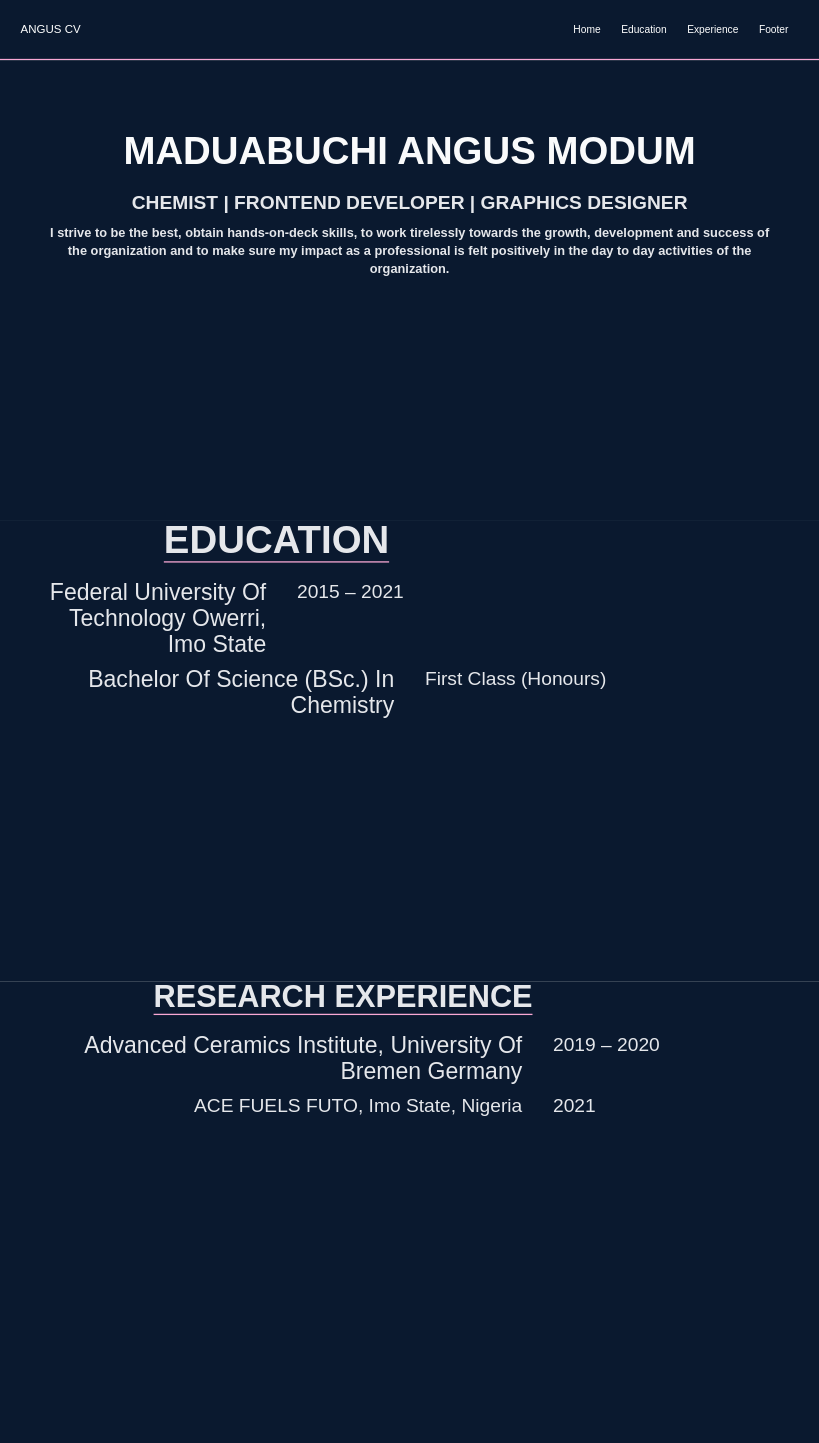
Repository: AngusOnyebuchi/AngusOnyebuchi.github.io
Page: /
These files come from the project's save history. The page is drawn as it stood at one moment and after the next save; the edit follows.
The browser window is 1280 px wide. The pictures show the whole page, at 64% of full size.
The project was rebuilt for these pictures with package versions that can differ from the ones it lists, and the page was loaded fresh each time.

Above is the page before, as saved 2022-04-17 20:21:17.

### public/index.html
<!DOCTYPE html>
<html lang="en">
  <head>
    <meta charset="utf-8" />
    <link rel="icon" href="%PUBLIC_URL%/favicon.ico" />
    <meta name="viewport" content="width=device-width, initial-scale=1" />
    <meta name="theme-color" content="#000000" />
    <meta
      name="description"
      content="Web site created using create-react-app"
    />
    <link rel="apple-touch-icon" href="%PUBLIC_URL%/logo192.png" />
    <!--
      manifest.json provides metadata used when your web app is installed on a
      user's mobile device or desktop. See https://developers.google.com/web/fundamentals/web-app-manifest/
    -->
    <link rel="manifest" href="%PUBLIC_URL%/manifest.json" />
    <!--
      Notice the use of %PUBLIC_URL% in the tags above.
      It will be replaced with the URL of the `public` folder during the build.
      Only files inside the `public` folder can be referenced from the HTML.

      Unlike "/favicon.ico" or "favicon.ico", "%PUBLIC_URL%/favicon.ico" will
      work correctly both with client-side routing and a non-root public URL.
      Learn how to configure a non-root public URL by running `npm run build`.
    -->
    <title>Angus CV </title>
  </head>
  <body>
    <noscript>You need to enable JavaScript to run this app.</noscript>
    <div id="root"></div>
    <!--
      This HTML file is a template.
      If you open it directly in the browser, you will see an empty page.

      You can add webfonts, meta tags, or analytics to this file.
      The build step will place the bundled scripts into the <body> tag.

      To begin the development, run `npm start` or `yarn start`.
      To create a production bundle, use `npm run build` or `yarn build`.
    -->
  </body>
</html>

### src/index.js
import React from "react";
import ReactDOM from "react-dom";
import "./style.css"
import App from "./App";

ReactDOM.render(<App/>, document.getElementById("root"))

### src/style.css
@tailwind base;
@tailwind components;
@tailwind utilities;

@layer base {
    body{
        @apply font-[Sans-serif];
    }
    li {
        @apply px-4;
        @apply cursor-pointer;
    }
}

### src/App.js
import React from "react";
import Home from "./components/Home"
import Education from "./components/Education";
import Experience from "./components/Experience";
import NavBar from "./components/NavBar";

export default function App() {
  return (
    <div>
      <NavBar/>
      <Home/>
      <Education/>
      <Experience/>
    </div>
  )
}

### src/components/Home.js
import React from "react";
import {FaWhatsapp, FaLocationArrow, FaSearchLocation} from "react-icons/fa"
import {HiOutlineMail} from "react-icons/hi"

export default function Home() {
    return (
        <div className="w-full h-screen p-4 bg-[#0a192f] text-gray-200">
            <h1 className="text-4xl md:text-6xl font-bold uppercase pt-24 text-center text-gray-50">Maduabuchi Angus Modum</h1>
            <h3 className="text-xl md:text-3xl font-bold uppercase pt-8 text-center">Chemist  |  Frontend Developer  |  Graphics Designer</h3>
            <p className="font-bold text-center justify-center text-lg md:text-xl max-w-[1200px] mx-12 mt-4">I strive to be the best, obtain hands-on-deck skills,
                to work tirelessly towards the growth, development and success of the organization and to make sure my impact
                as a professional is felt positively in the day to day activities of the organization.</p>

        </div>
    )
}

### src/components/Education.js
import React from "react";

export default function Education() {
    return(
        <div className="bg-[#0a192f] w-full h-screen text-gray-200">
            <h1 className="text-4xl md:text-6xl font-bold uppercase pt-24 text-center text-gray-200 inline border-b-2 border-pink-300 ml-24 sm:ml-64">Education</h1>
            <div className="grid grid-cols-3 gap-12 mx-16 pt-8 ">
                <h3 className="capitalize text-xl md:text-4xl text-right">Federal university of technology owerri, Imo state</h3>
                <h4 className="text-lg md:text-3xl ">2015 – 2021</h4>
            </div>
            <div className="grid grid-cols-2 gap-12 mx-16 pt-4">
                <h3 className="capitalize text-xl md:text-4xl text-right">Bachelor of Science (BSc.) in Chemistry</h3>
                <h4 className="text-lg md:text-3xl ">First Class (Honours)</h4>
            </div>
        </div>
    )
}

### src/components/Experience.js
import React from "react";

export default function Experience() {
    return(
        <div className="bg-[#0a192f] w-full h-screen text-gray-200">
            <h1 className="text-3xl md:text-5xl font-bold uppercase pt-24 text-center text-gray-200 inline border-b-2 border-pink-300 ml-12 sm:ml-60">research experience</h1>
            <div className="grid grid-cols-3 gap-12 mx-16 pt-8 ">
                <h3 className="capitalize text-xl md:text-4xl text-right col-span-2">Advanced Ceramics Institute, University of Bremen Germany</h3>
                <h4 className="text-lg md:text-3xl ">2019 – 2020</h4>
            </div>
            <div className="grid grid-cols-3 gap-12 mx-16 pt-4">
                <h3 className="capitalize text-xl md:text-3xl text-right col-span-2">ACE FUELS FUTO, Imo state, Nigeria</h3>
                <h4 className="text-lg md:text-3xl ">2021</h4>
            </div>
        </div>
    )
}

### src/components/NavBar.js
import React, {useState} from "react";
import {FaTimes, FaBars} from "react-icons/fa"

export default function NavBar() {

    const [nav, setNav] = useState(true)
    const toggle = () => setNav(!nav)

    return(
        <div className="bg-[#0a192f] text-white w-full p-8 flex justify-between items-center border-b-2 border-pink-300">
            <h1 className="uppercase text-lg">Angus CV</h1>

            <ul className=" hidden sm:flex justify-between">
                <li className="hover:border-b-2 border-pink-300 ">Home</li>
                <li className="hover:border-b-2 border-pink-300 ">Education</li>
                <li className="hover:border-b-2 border-pink-300 ">Experience</li>
                <li className="hover:border-b-2 border-pink-300 ">Footer</li>
            </ul>

            {/** Mobile list */}
            <div onClick={toggle} className="sm:hidden z-10">
                {nav ? <FaBars/> : <FaTimes/>}
            </div>
            <ul className={nav ? 'hidden' : 'absolute top-0 left-0 w-full h-screen bg-inherit flex flex-col justify-center items-center my-8 sm:hidden'}>
                    <li>Home</li>
                    <li>Education</li>
                    <li>Experience</li>
                    <li>Footer</li>
            </ul>
        </div>
    )
}

Loaded but not shown: tailwind.config.js (common file)

After the next save:
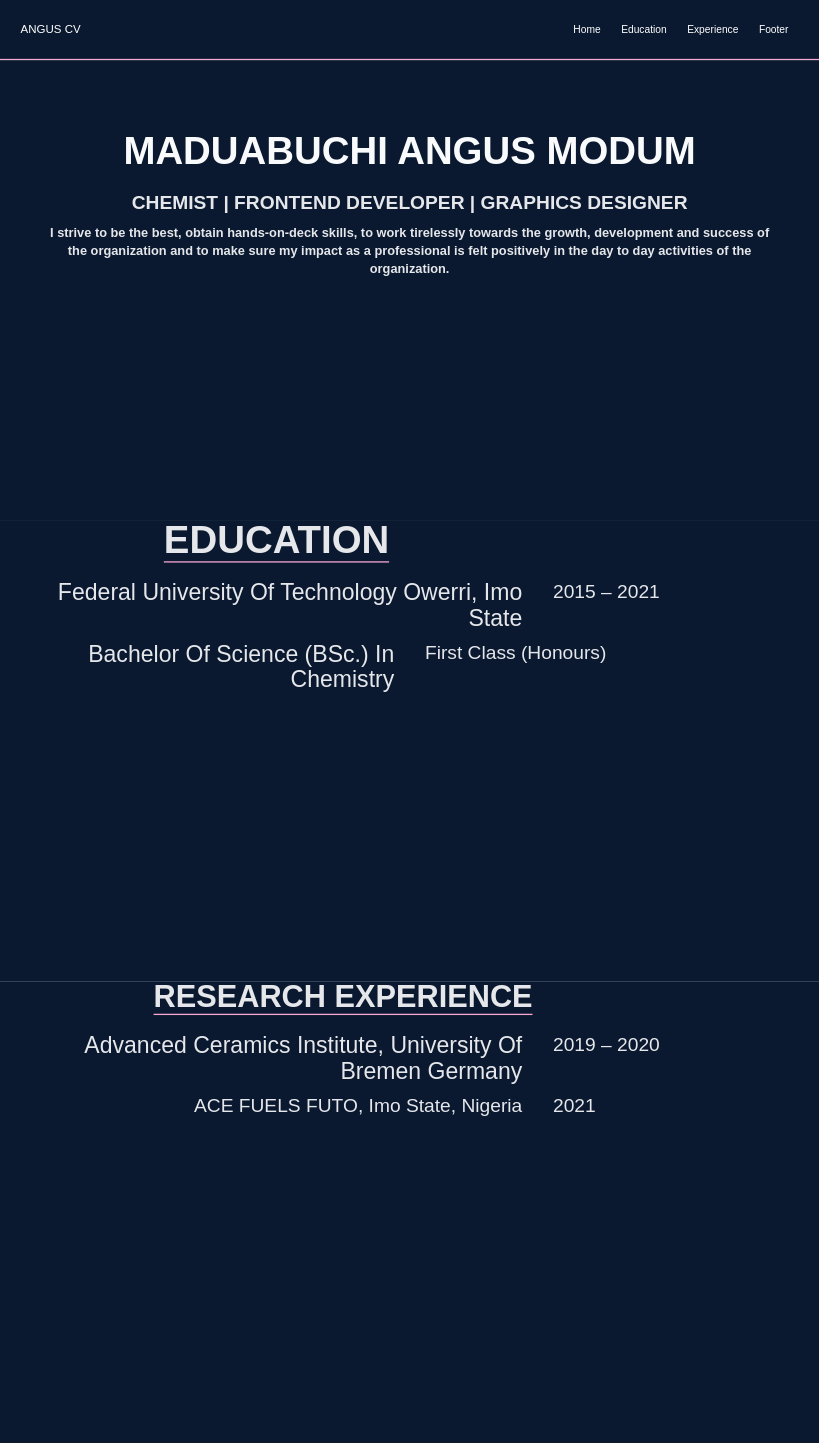
Saved 16 s later.
--- a/src/components/Education.js
+++ b/src/components/Education.js
@@ -5,7 +5,7 @@ export default function Education() {
         <div className="bg-[#0a192f] w-full h-screen text-gray-200">
             <h1 className="text-4xl md:text-6xl font-bold uppercase pt-24 text-center text-gray-200 inline border-b-2 border-pink-300 ml-24 sm:ml-64">Education</h1>
             <div className="grid grid-cols-3 gap-12 mx-16 pt-8 ">
-                <h3 className="capitalize text-xl md:text-4xl text-right">Federal university of technology owerri, Imo state</h3>
+                <h3 className="capitalize text-xl md:text-4xl text-right col-span-2">Federal university of technology owerri, Imo state</h3>
                 <h4 className="text-lg md:text-3xl ">2015 – 2021</h4>
             </div>
             <div className="grid grid-cols-2 gap-12 mx-16 pt-4">
